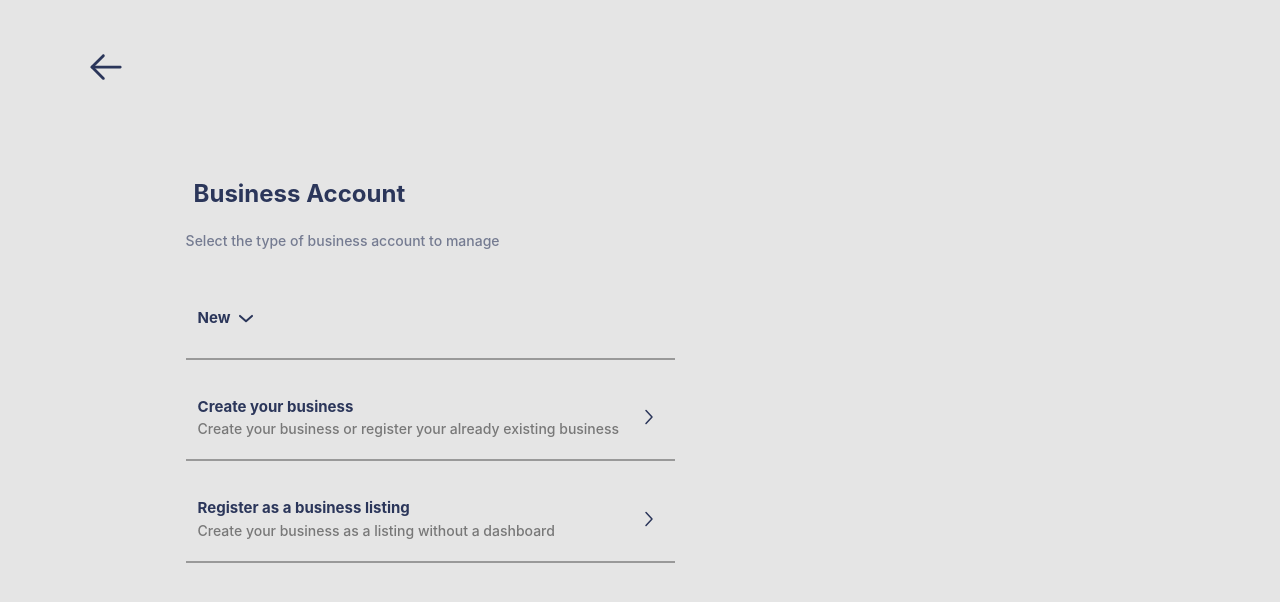
Repository: Osomhe1/findme_task
Page: /account
The author's editor kept a copy of each file at every save. The page is drawn from the files as they stood at one save, then again after the next save.
The browser window is 1280 px wide. The pictures show the whole page.
The project was rebuilt for these pictures with package versions that can differ from the ones it lists, and the page was loaded fresh each time. Also part of the build but not shown: src/component/Clip.css, src/component/Logo.js, src/component/Drag.js, src/component/Memories.js, src/component/Publish.js, src/component/Insight.js, src/component/User.js, src/component/Clip.js and 20 more.

Above is the page before, as saved 2023-04-10 09:27:32.

After the next save:
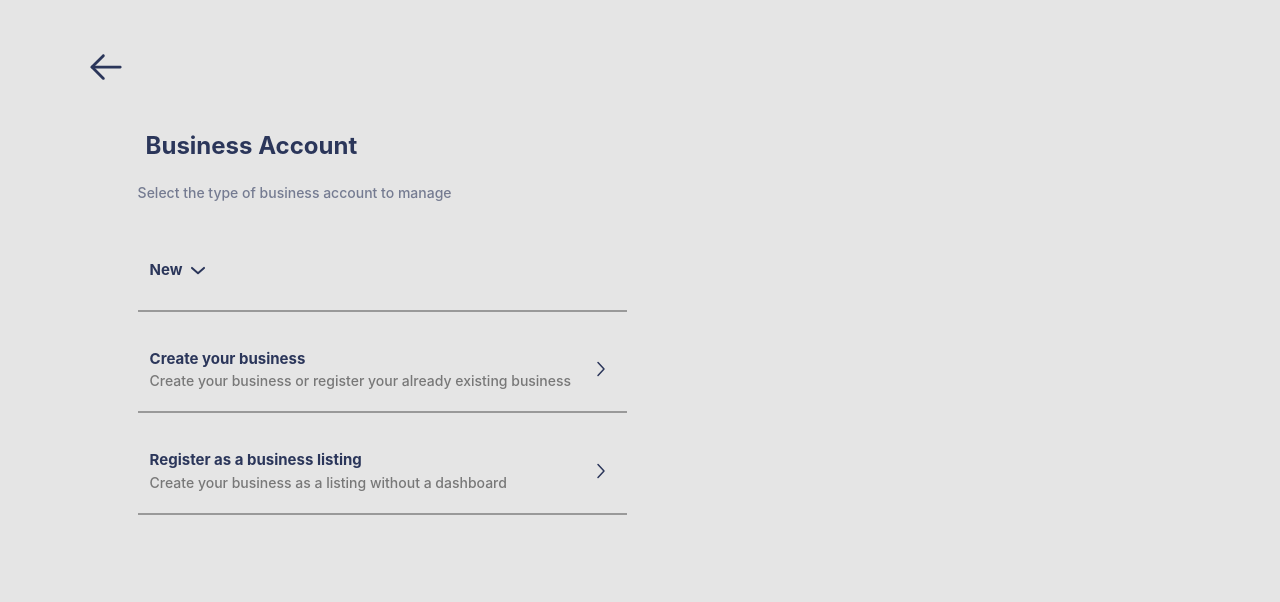
Saved 19 s later.
--- a/src/component/pages/Account.js
+++ b/src/component/pages/Account.js
@@ -25,7 +25,7 @@ export default function Account() {
           </Link>
         </div>
         <div className="flex flex-wrap justify-between gap-2 items-center md:w-[80%] m-auto ">
-          <div className=" text-cente md:p-12 w-ful   lg:block  pb-20 ">
+          <div className=" text-cente md:p12 w-ful   lg:block  pb-20 ">
             <div className=" text-cente ">
               <h1 className="text-[#2B365A] font-bold text-2xl p-2 ">
                 Business Account
